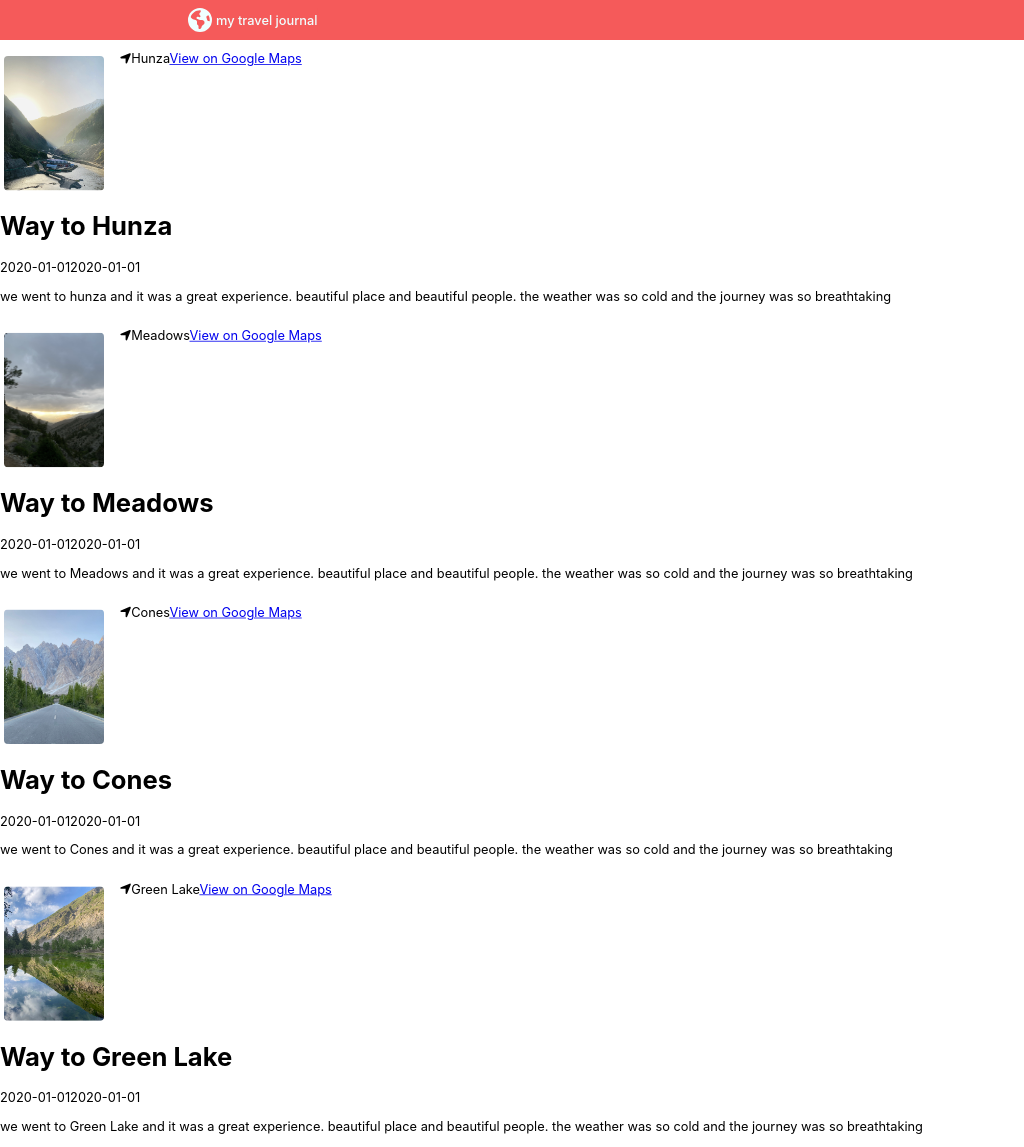
Repository: mortiestmorty1/travel-journal
Page: /
These files come from the project's save history. The page is drawn as it stood at one moment and after the next save; the edit follows.
The browser window is 1280 px wide. The pictures show the whole page, at 80% of full size.
The project was rebuilt for these pictures with package versions that can differ from the ones it lists, and the page was loaded fresh each time.

Above is the page before, as saved 2024-01-17 15:13:53.

### src/index.css
body {
  margin: 0;
  font-family: -apple-system, BlinkMacSystemFont, 'Segoe UI', 'Roboto', 'Oxygen',
    'Ubuntu', 'Cantarell', 'Fira Sans', 'Droid Sans', 'Helvetica Neue',
    sans-serif;
  -webkit-font-smoothing: antialiased;
  -moz-osx-font-smoothing: grayscale;
}

code {
  font-family: source-code-pro, Menlo, Monaco, Consolas, 'Courier New',
    monospace;
}
* {
  box-sizing: border-box;
  }

### src/App.js
import logo from './logo.svg';
import './App.css';
import Navbar from "./components/navbar";
import Data from "./components/data.js";
import Content from "./components/content.js";

function App() {
  const  Memories = Data.map((item) => {
    return<Content
          key={item.id}
          item={item}
    />
  })
  return (
    <div className="App">
      <Navbar />
      {Memories}
    </div>
  );
}

export default App;

### src/App.css
.Nav-container{
    display: flex;
    justify-content: space-between;
    align-items: center;
    background-color: #F55A5A;
    height: 50px;
}
.navbar{
    display: flex;
    justify-content: space-between;
    align-items: center;
    background-color: #F55A5A;
    margin-left: 230px;
}
.title{
  color: azure;
  font-weight: 500;
  margin-left: 5px;
}
.earth{
  width: 30px;
  height: 30px;
  margin-left: 5px;
  color: azure;
}

.image{
  width: 125px;
  height: 168px;
  margin-left: 5px;
  color: azure;
  border-radius: 5px;
  margin-top: 20px;
}
.content-container{
  position: relative;
}
.section1{
  position: absolute;
  left: 150px;
  bottom: 90%;

}

.Title{

}

### src/components/navbar.js
import React from "react";
import { FontAwesomeIcon } from "@fortawesome/react-fontawesome";
import { faEarth } from "@fortawesome/free-solid-svg-icons";
import "../App.css";

function Navbar(){
    return(
        <div className="Nav-container">
            <nav className="navbar">
                <FontAwesomeIcon icon={faEarth} className="earth"></FontAwesomeIcon>
                <span className="title">
                        my travel journal
                </span>
            </nav>
        </div>
    )
}
export default Navbar;

### src/components/data.js
import Hunza from "./way-to-hunza.jpeg";
import Meadows from "./way-to-meadows.jpeg";
import Cones from "./cones.jpeg";
import Glake from "./green-lake.jpeg";

export default [
    {
        id:1,
        img: Hunza,
        location: "Hunza",
        googlelink: "https://www.google.com/maps/place/Hunza+Valley,+Gilgit-Baltistan,+Pakistan/",
        Title: "Way to Hunza",
        datestart:"2020-01-01",
        dateend: "2020-01-01",
        description:"we went to hunza and it was a great experience. beautiful place and beautiful people. the weather was so cold and the journey was so breathtaking"
    }
    ,
    {
        id:2,
        img: Meadows,
        location: "Meadows",
        googlelink: "https://www.google.com/maps/place/Meadows,+Gilgit-Baltistan,+Pakistan/",
        Title: "Way to Meadows",
        datestart:"2020-01-01",
        dateend: "2020-01-01",
        description:"we went to Meadows and it was a great experience. beautiful place and beautiful people. the weather was so cold and the journey was so breathtaking"
    }
    ,
    {
        id:3,
        img: Cones,
        location: "Cones",
        googlelink: "https://www.google.com/maps/place/Cones,+Gilgit-Baltistan,+Pakistan/",
        Title: "Way to Cones",
        datestart:"2020-01-01",
        dateend: "2020-01-01",
        description:"we went to Cones and it was a great experience. beautiful place and beautiful people. the weather was so cold and the journey was so breathtaking"
    }
    ,
    {
        id:4,
        img: Glake,
        location: "Green Lake",
        googlelink: "https://www.google.com/maps/place/Green+Lake,+Gilgit-Baltistan,+Pakistan/",
        Title: "Way to Green Lake",
        datestart:"2020-01-01",
        dateend: "2020-01-01",
        description:"we went to Green Lake and it was a great experience. beautiful place and beautiful people. the weather was so cold and the journey was so breathtaking"
    }
]

### src/components/content.js
import React from "react";
import { FontAwesomeIcon } from "@fortawesome/react-fontawesome";
import { faLocationArrow } from "@fortawesome/free-solid-svg-icons";
import "../App.css";
function Content(props){

    return(
        <div className="content-container">
            <img className="image" src={props.item.img}>
            </img>
            <div className="section1">
                <FontAwesomeIcon icon={faLocationArrow} className="Location"></FontAwesomeIcon>
                <span className="location">
                    {props.item.location}
                </span>
                <a href={props.item.googlelink}>View on Google Maps</a>
            </div>
            <h1 className="Title">{props.item.Title}</h1>
            <span className="date-start">{props.item.datestart}</span>
            <span className="date-end">{props.item.dateend}</span>
            <p className="description">{props.item.description}</p>
        </div>
    )
}

export default Content;

Loaded but not shown: public/index.html (common file); src/index.js (common file); src/reportWebVitals.js (common file)

After the next save:
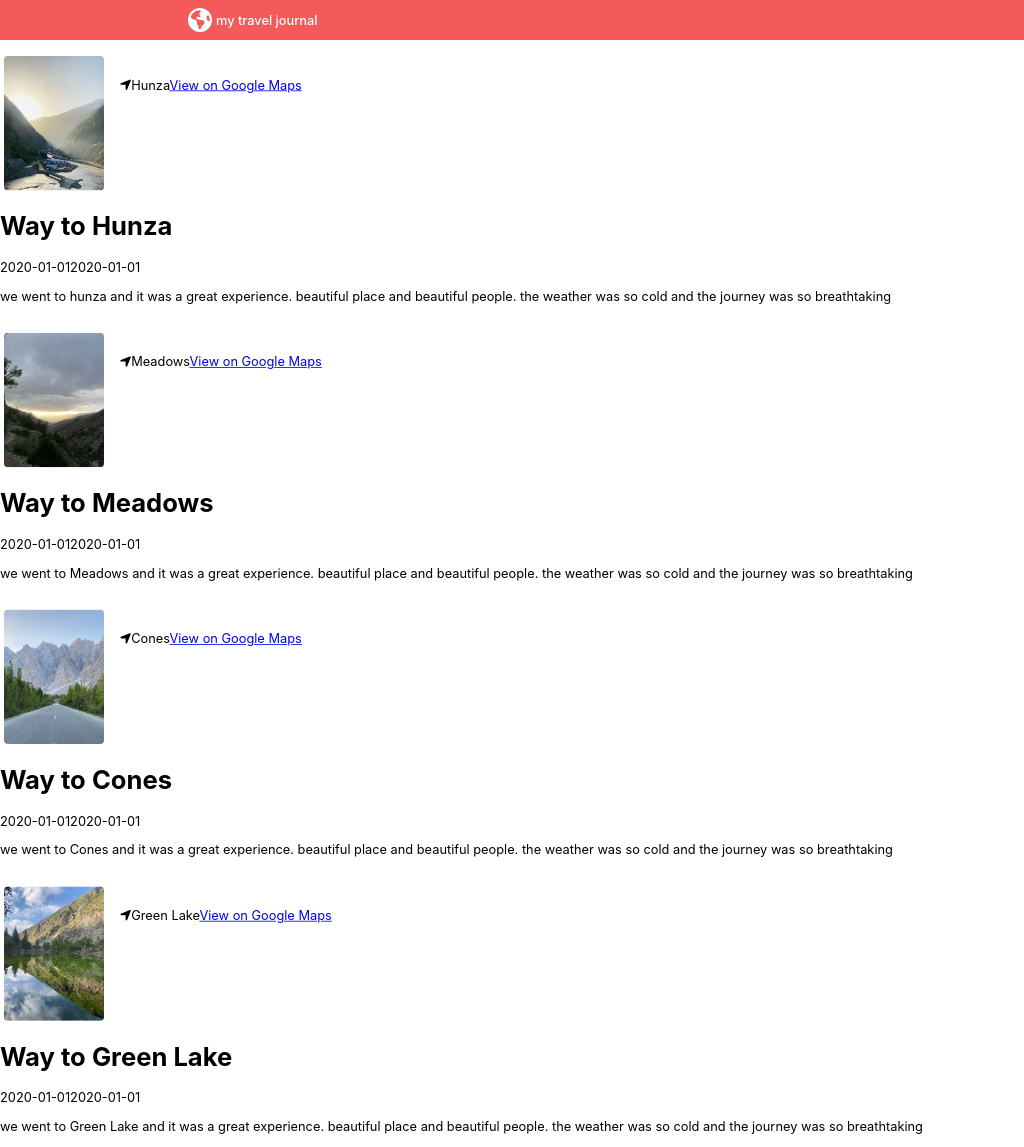
Saved 4 s later.
--- a/src/App.css
+++ b/src/App.css
@@ -38,7 +38,7 @@
 .section1{
   position: absolute;
   left: 150px;
-  bottom: 90%;
+  bottom: 80%;
 
 }
 
